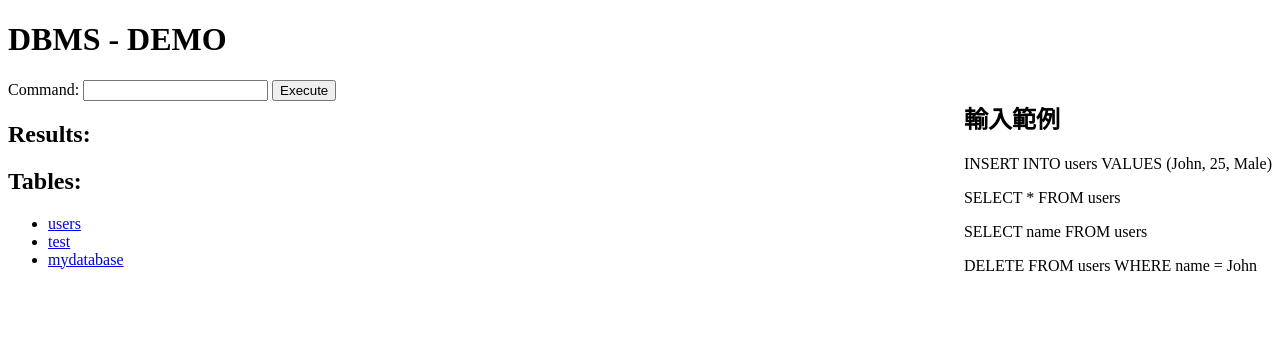
Repository: mark6969/DBMS-use-python
Page: http://localhost/
An editor plug-in stored every save of this project. The page is shown before and after the next save, followed by the edit.
The browser window is 1280 px wide. The pictures show the whole page.
The page is served by the project's application, run on Flask 3 (run.py).

Above is the page before, as saved 2023-05-19 15:53:49.

### templates/index.html
<!DOCTYPE html>
<html>
<head>
    <title>DBMS</title>
    <style>
        table {
            border-collapse: collapse;
        }
        th, td {
            border: 1px solid black;
            padding: 8px;
        }
        .right-text {
            float: right; /* 將文字容器浮動到右側 */
            margin-left: 0%; /* 提供一些間距 */
        }
    </style>
</head>
<body>
    <h1>DBMS - DEMO</h1>
    <div class="right-text">
        <h2>輸入範例</h2>
        <p>INSERT INTO users VALUES (John, 25, Male)</p>
        <p>SELECT * FROM users</p>
        <p>SELECT name FROM users</p>
        <p>DELETE FROM users WHERE name = John</p>
    </div>
    <form method="POST" action="/">
        <label for="command">Command:</label>
        <input type="text" name="command" id="command" required>
        <!-- <br><br> -->
        <input type="submit" value="Execute">
    </form>


    <!-- <h2>Users:</h2>
    <table>
        <tr>
            <th>姓名</th>
            <th>年齡</th>
            <th>性別</th>
        </tr>
        {% for user in users %}
        <tr>
            <td>{{ user.name }}</td>
            <td>{{ user.age }}</td>
            <td>{{ user.sex }}</td>
        </tr>
        {% endfor %}
    </table> -->

    <h2>Results:</h2>
    <ul>
        {% for result in results %}
        <li>{{ result }}</li>
        {% endfor %}
    </ul>

    <h2>Tables:</h2>
    <ul>
    {% for table in tables %}
    <li><a href="/table/{{ table }}">{{ table }}</a></li>
    {% endfor %}
    </ul>

</body>
</html>

### run.py
from flask import Flask, render_template, request
import re
import os
import csv

app = Flask(__name__)


# def get_all_users():
#     users = []
#     with open('mydatabase.csv', 'r') as file:
#         reader = csv.DictReader(file)
#         for row in reader:
#             user = {
#                 'name': row['name'],
#                 'age': row['age'],
#                 'sex': row['sex']
#             }
#             users.append(user)
#     return users

def get_all(table):
    data = []
    with open("DBs/%s.csv" % table, 'r') as file:
        reader = csv.DictReader(file)
        for row in reader:
            data.append(row)
    return data

def get_all_tables(database_name):
    tables = []
    csv_filename = f'{database_name}.csv'
    with open(csv_filename, 'r') as file:
        reader = csv.DictReader(file)
        tables = reader.fieldnames
    return tables

def get_all_csv_name():
    tables = []
    for file_name in os.listdir("./DBs"):
        if file_name.endswith('.csv'):
            table_name = os.path.splitext(file_name)[0]
            tables.append(table_name)
    return tables

def add_data(table, data_list):
    with open("DBs/%s.csv" % table, 'r+', newline='') as file:
        # fieldnames = ['name', 'age', 'sex']
        print("add_data")
        db_key = file.readline().replace("\n", "").split(",")
        if len(db_key) == len(data_list):
            writer = csv.writer(file)
            writer.writerow(data_list)
            return True
        return False


def execute_query(query):
    if query.startswith('SELECT'):
        _, column, _, table = query.split()
        return select_data(column, table)
    elif query.startswith('DELETE'):
        _, _, table, _, condition_column, _, condition_value = query.split()
        delete_data(table, condition_column, condition_value)
        return ['Data deleted successfully.']
    elif query.startswith('INSERT'):
        table = query.split()[2]
        values = re.findall(r'\((.*?)\)', query)[0]
        values_list = [value.strip() for value in values.split(',')]
        if add_data(table, values_list):
            return ['Data inserted successfully.']
        else:
            return ['Data inserted error']
    elif query.startswith('CREATE'):
        match = re.search(r'CREATE (\w+) \((.*?)\)', query)
        if match:
            table_name = match.group(1)
            columns = [column.strip() for column in match.group(2).split(',')]
            create_table(table_name, columns)
            return ['Table created successfully.']
        else:
            return ['Invalid query. Please check your input.']
    else:
        return ['Invalid query. Please check your input.']


def select_data(column, table):
    data = []
    with open("DBs/%s.csv" % table, 'r') as file:
        reader = csv.DictReader(file)
        for row in reader:
            if column == '*':
                data.append(row)
            elif column in row:
                data.append(row[column])
                # data.append({column: row[column]})
    return data


def delete_data(table, condition_column, condition_value):
    print("condition_column")
    print(condition_column)
    print("condition_value")
    print(condition_value)
    with open("DBs/%s.csv" % table, 'r') as file:
        reader = csv.DictReader(file)
        rows = list(reader)

    filtered_rows = [row for row in rows if row.get(condition_column) != condition_value]

    with open("DBs/%s.csv" % table, 'w', newline='') as file:
        fieldnames = rows[0].keys()
        writer = csv.DictWriter(file, fieldnames=fieldnames)
        writer.writeheader()
        writer.writerows(filtered_rows)

def create_table(table_name, columns):
    csv_filename = f'{table_name}.csv'
    with open("./DBs/%s" % csv_filename, 'w', newline='') as file:
        writer = csv.writer(file)
        writer.writerow(columns)

@app.route('/table/<database_name>')
def show_database(database_name=None):
    if database_name is None:
        database_name = 'mydatabase'
    tables = get_all(database_name)
    if len(tables) != 0:
        keys=tables[0].keys()
    else:
        keys=[]
    return render_template('database.html', database=database_name, tables=tables, keys=keys)

@app.route('/', methods=['GET', 'POST'])
def index():
    if request.method == 'POST':
        command = request.form['command']
        results = execute_query(command)
    else:
        results = []

    # users = get_all_users()
    # tables = get_all_tables('mydatabase')
    tables = get_all_csv_name()
    print("tables")
    print(tables)
    # print("users")
    # print(users)
    print("results")
    print(results)
    return render_template('index.html', results=results, tables=tables)


if __name__ == '__main__':
    app.run(debug=True)

After the next save:
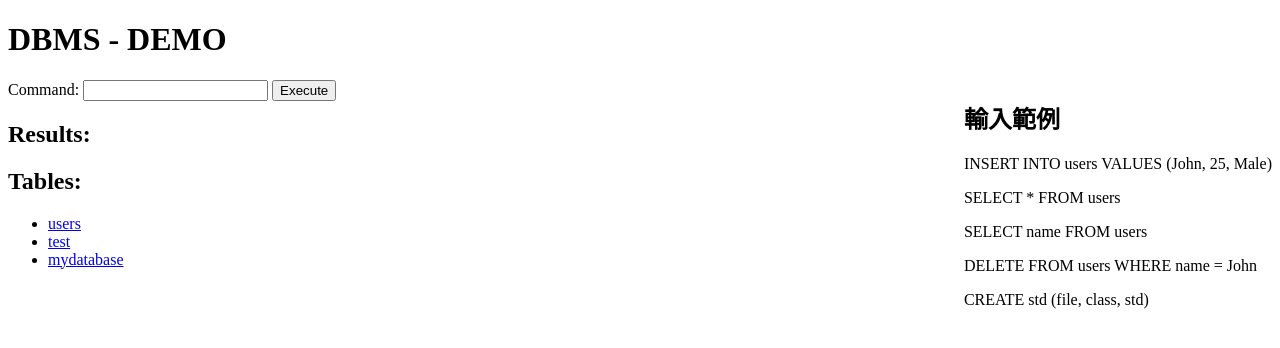
Saved 90 s later.
--- a/templates/index.html
+++ b/templates/index.html
@@ -24,6 +24,7 @@
         <p>SELECT * FROM users</p>
         <p>SELECT name FROM users</p>
         <p>DELETE FROM users WHERE name = John</p>
+        <p>CREATE std (file, class, std)</p>
     </div>
     <form method="POST" action="/">
         <label for="command">Command:</label>
